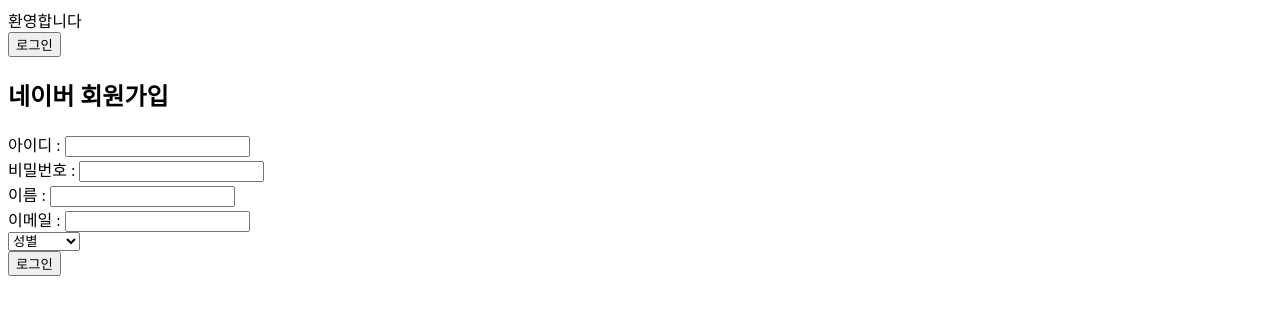
Repository: gkawlals/DR_Project
Page: http://localhost/SpringPRJ/WEB-INF/view/MainPage.jsp
These files come from the project's save history. The page is drawn as it stood at one moment and after the next save; the edit follows.
The browser window is 1280 px wide. The pictures show the whole page.
The page is served by Tomcat 9. Nobody is signed in. The template is opened directly, without the code that normally fills it, so the values that code supplies are empty.

Above is the page before, as saved 2021-03-10 05:34:40.
Console error (its wording comes from the project's code and is left out).

After the next save:
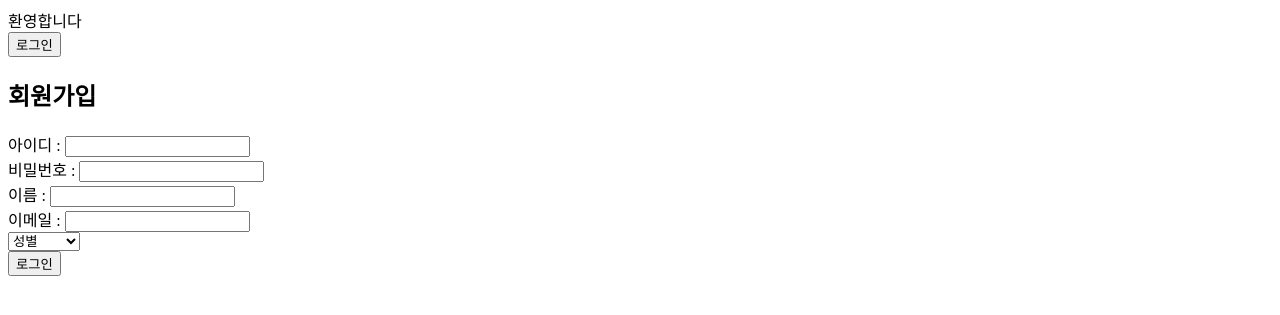
Saved 4 s later.
--- a/SpringPRJ/WebContent/WEB-INF/view/MainPage.jsp
+++ b/SpringPRJ/WebContent/WEB-INF/view/MainPage.jsp
@@ -13,7 +13,7 @@
 <form action="/user/UserLoginProc.do" method="post">
 <div id="container" role="main">
 	<div id="content">
-	  <h2 class="blind">네이버 회원가입</h2>
+	  <h2 class="blind">회원가입</h2>
 			<div>
 				<span name="IdVal"> 아이디 : </span>
 				<input name="IdText" type="text"></input>
